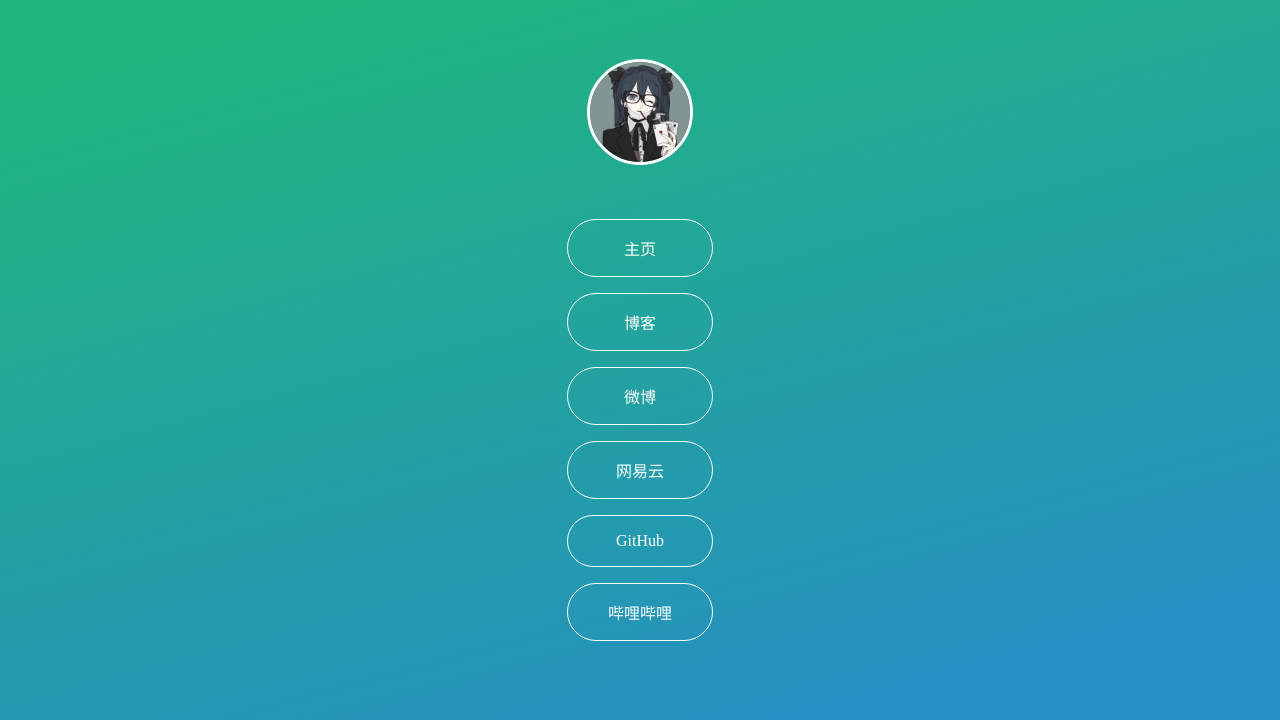
Repository: MarginLon/marginlon.github.io
Page: index.html
These files come from the project's save history. The page is drawn as it stood at one moment and after the next save; the edit follows.
The browser window is 1280 px wide. The pictures show the whole page.

Above is the page before, as saved 2022-09-24 09:05:35.

### index.html
<!----

# Navigation
# By: Dreamer-Paul
# Last Update: 2022.3.11

一个简单的个人首页，让你的朋友方便快捷的，找到你在各站点的社交链接

本代码为奇趣保罗原创，并遵守 MIT 开源协议。欢迎访问我的博客：https://paugram.com



 * Navigation changed from https://paugram.com
 * @author: MarginLon
 * @since: 2022-09-24
 * index.html

---->

<!DOCTYPE html>
<html>

<head>
    <meta charset="UTF-8">
    <title>奇趣保罗</title>
    <link href="static/32.png" rel="icon" sizes="32x32" />
    <link href="static/192.png" rel="icon" sizes="192x192" />
    <meta name="viewport" content="width=device-width, maximum-scale=1, initial-scale=1" />
    <style>
        html,
        body,
        main {
            height: 100%;
        }

        body {
            margin: 0;
            user-select: none;
            font: lighter 16px "微软雅黑";
        }

        body:before {
            content: '';
            z-index: -1;
            width: 3000px;
            height: 3000px;
            display: block;
            position: fixed;
            top: calc(50% - 1500px);
            left: calc(50% - 1500px);
            animation: bg-rotate 15s infinite linear;
            background: linear-gradient(45deg, #20b57d 40%, #258ec5 60%);
        }

        @keyframes bg-rotate {
            0% {
                transform: rotate(0)
            }

            100% {
                transform: rotate(360deg)
            }
        }

        a {
            text-decoration: none;
        }

        main {
            display: table;
            margin: 0 auto;
        }

        .content {
            padding-top: 50px;
            padding-bottom: 70px;
            text-align: center;
            display: table-cell;
            vertical-align: middle;
        }

        .logo {
            margin-bottom: 50px;
        }

        .logo img {
            height: auto;
            max-width: 100px;
            border-radius: 100%;
            border: 3px solid #fff;
            transition: transform 0.3s;
        }

        .logo img:hover {
            transform: scale(1.1, 1.1) rotate(1turn);
        }

        .links {
            max-width: 300px;
        }

        .links a {
            color: #fff;
            display: block;
            min-width: 80px;
            padding: 1em 2em;
            text-align: center;
            margin-bottom: 1em;
            border-radius: 100px;
            border: #fff 1px solid;
            transition: background 0.3s, color 0.3s, opacity 0.3s, transform 0.3s;
        }

        .links a:hover {
            color: #258ec5;
            background: #fff;
            transform: scale(1.1, 1.1);
        }

        .links a:active {
            opacity: 0.7;
            transform: scale(0.9, 0.9);
        }

        .links a:last-child {
            margin-bottom: 0;
        }

        footer {
            left: 0;
            right: 0;
            bottom: 0;
            color: #fff;
            position: fixed;
            text-align: center;
        }

        footer a {
            color: inherit;
        }
    </style>
</head>

<body>
    <main class="container">
        <div class="content">
            <div class="logo">
                <img src="static/avatar.jpg" alt="保罗的个人首页" />
            </div>
            <div class="links">
                <a href="#">主页</a>
                <a href="https://paugram.com">博客</a>
                <a href="http://weibo.com/234891753/" target="_blank">微博</a>
                <a href="http://music.163.com/#/user/home?id=7041859" target="_blank">网易云</a>
                <!-- <a href="http://steamcommunity.com/id/dreamer-paul/" target="_blank">Steam</a> -->
                <a href="https://github.com/dreamer-paul/" target="_blank">GitHub</a>
                <a href="https://space.bilibili.com/124512959/" target="_blank">哔哩哔哩</a>
            </div>
        </div>
    </main>
    <!-- <footer>
        <p>©
            <script>document.write(new Date().getFullYear())</script> By <a href="https://paugram.com"
               target="_blank">Dreamer-Paul</a>.
        </p>
    </footer> -->
</body>

</html>

After the next save:
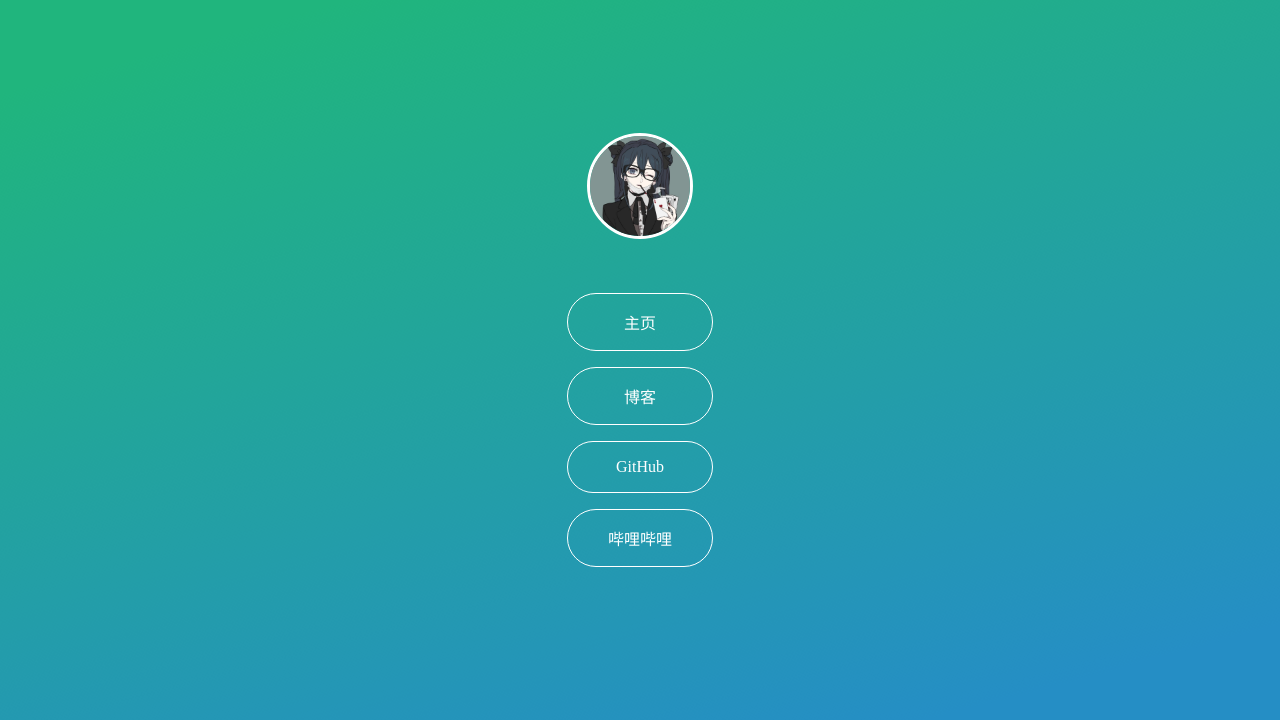
Saved 16 s later.
--- a/index.html
+++ b/index.html
@@ -150,8 +150,8 @@
             <div class="links">
                 <a href="#">主页</a>
                 <a href="https://paugram.com">博客</a>
-                <a href="http://weibo.com/234891753/" target="_blank">微博</a>
-                <a href="http://music.163.com/#/user/home?id=7041859" target="_blank">网易云</a>
+                <!-- <a href="http://weibo.com/234891753/" target="_blank">微博</a> -->
+                <!-- <a href="http://music.163.com/#/user/home?id=7041859" target="_blank">网易云</a> -->
                 <!-- <a href="http://steamcommunity.com/id/dreamer-paul/" target="_blank">Steam</a> -->
                 <a href="https://github.com/dreamer-paul/" target="_blank">GitHub</a>
                 <a href="https://space.bilibili.com/124512959/" target="_blank">哔哩哔哩</a>
